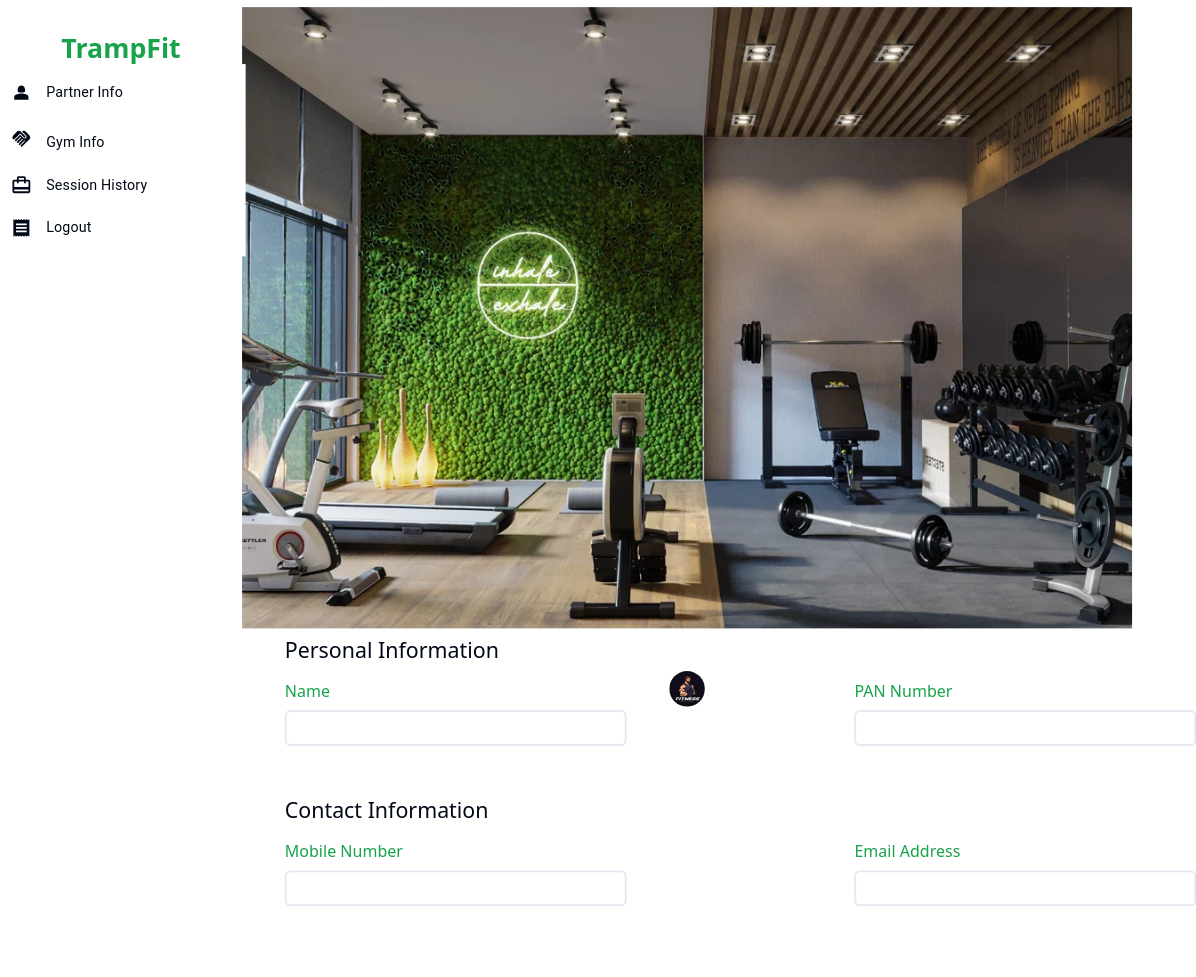
Repository: ezioxatul/TrampFit-Website
Page: /partner/partnerDashboard/partnerInfo (app in Frontend/)
The author's editor kept a copy of each file at every save. The page is drawn from the files as they stood at one save, then again after the next save.
The browser window is 1280 px wide. The page is 1344 px wide, so the pictures cover 1344 px, including what lies to the right of the window. The pictures show the whole page, at 89% of full size.
The project was rebuilt for these pictures with package versions that can differ from the ones it lists, and the page was loaded fresh each time. The framework's server and built-in components were replaced by stand-ins that run in the browser. Also part of the build but not shown: Frontend/next.config.js, Frontend/next.config.mjs, Frontend/components/Loader.js, Frontend/components/Popup.js.

Above is the page before, as saved 2024-05-16 18:19:12.

### Frontend/pages/_app.js
import Loader from "@/components/Loader";
import "@/styles/globals.css";
import { useRouter } from "next/router";
import { useEffect, useState } from "react";


const Loading = () => {

  return (
    <Loader/>
  );
}

export default function App({ Component, pageProps }) {

  const [loading, setLoading] = useState(false);
  const router = useRouter();

  useEffect(() => {
    const handleStart = () => setLoading(true);
    const handleComplete = () => setLoading(false);

    router.events.on('routeChangeStart', handleStart);
    router.events.on('routeChangeComplete', handleComplete);
    router.events.on('routeChangeError', handleComplete);

    return () => {
      router.events.off('routeChangeStart', handleStart);
      router.events.off('routeChangeComplete', handleComplete);
      router.events.off('routeChangeError', handleComplete);
    };
  }, []);

  return (
    <>
    <div className="h-2">
      {
        loading  &&
          <Loading />

      }
      </div>
          <Component {...pageProps} />

    </>
  );
}

### Frontend/pages/_document.js
import { Html, Head, Main, NextScript } from "next/document";

export default function Document() {
  return (
    <Html lang="en">
          <Head />
          <body>
            <Main />
            <NextScript />
          </body>
        </Html>
        );
}

### Frontend/pages/partner/partnerDashboard/partnerInfo.js
import PartnerSideBar from "@/components/PartnerSideBar";
import { Avatar } from "@mui/material";
import { Input } from "@/components/ui/input";
import Image from "next/image";
import { Label } from "@/components/ui/label";
import { useEffect, useState } from "react";
import { useRouter } from "next/router";
import { ToastContainer, toast } from "react-toastify";

export default function partnerInfo() {
  const inputClassName = "w-96 text-lg border-2";
  const labelClassName = "text-lg text-green-600 font-normal";
  const containerClassName = "ml-80";

  return (
    <>
      <div className="flex flex-col">
        <div className="flex">
          <PartnerSideBar />
          <div>
            <Image src="/gymInfo.png" width={1000} height={36}></Image>
            <Avatar
              className="w-36 mx-auto mt-12 h-36 text-6xl z-1 absolute bg-black"
              src="/gymname.png"
            />
          </div>
        </div>
        <div className=" mt-[-5rem]">
          <h1 className={`${containerClassName} text-2xl mb-4`}>
            Personal Information
          </h1>
          <div className={`${containerClassName} flex mb-10`}>
            <div className="mr-32 space-y-2">
              <Label htmlFor="name" className={labelClassName}>
                Name
              </Label>
              <Input type="text" className={inputClassName} />
            </div>
            <div className="ml-32 space-y-2">
              <Label htmlFor="panNumber" className={labelClassName}>
                PAN Number
              </Label>
              <Input type="text" className={inputClassName} />
            </div>
          </div>
        </div>
        <div>
          <h1 className={`${containerClassName} text-2xl mb-4 mt-4`}>
            Contact Information
          </h1>
          <div className={`${containerClassName} flex mb-10`}>
            <div className="mr-32 space-y-2">
              <Label htmlFor="name" className={labelClassName}>
                Mobile Number
              </Label>
              <Input type="text" className={inputClassName} />
            </div>
            <div className="ml-32 space-y-2 mb-10">
              <Label htmlFor="city" className={labelClassName}>
                Email Address
              </Label>
              <Input type="text" className={inputClassName} />
            </div>
            <ToastContainer />
          </div>
        </div>
      </div>
    </>
  );
}

### Frontend/styles/globals.css
@tailwind base;
@tailwind components;
@tailwind utilities;


@layer base {
  :root {
    --background: 0 0% 100%;
    --foreground: 222.2 84% 4.9%;

    --card: 0 0% 100%;
    --card-foreground: 222.2 84% 4.9%;

    --popover: 0 0% 100%;
    --popover-foreground: 222.2 84% 4.9%;

    --primary: 222.2 47.4% 11.2%;
    --primary-foreground: 210 40% 98%;

    --secondary: 210 40% 96.1%;
    --secondary-foreground: 222.2 47.4% 11.2%;

    --muted: 210 40% 96.1%;
    --muted-foreground: 215.4 16.3% 46.9%;

    --accent: 210 40% 96.1%;
    --accent-foreground: 222.2 47.4% 11.2%;

    --destructive: 0 84.2% 60.2%;
    --destructive-foreground: 210 40% 98%;

    --border: 214.3 31.8% 91.4%;
    --input: 214.3 31.8% 91.4%;
    --ring: 222.2 84% 4.9%;

    --radius: 0.5rem;
  }

  .dark {
    --background: 222.2 84% 4.9%;
    --foreground: 210 40% 98%;

    --card: 222.2 84% 4.9%;
    --card-foreground: 210 40% 98%;

    --popover: 222.2 84% 4.9%;
    --popover-foreground: 210 40% 98%;

    --primary: 210 40% 98%;
    --primary-foreground: 222.2 47.4% 11.2%;

    --secondary: 217.2 32.6% 17.5%;
    --secondary-foreground: 210 40% 98%;

    --muted: 217.2 32.6% 17.5%;
    --muted-foreground: 215 20.2% 65.1%;

    --accent: 217.2 32.6% 17.5%;
    --accent-foreground: 210 40% 98%;

    --destructive: 0 62.8% 30.6%;
    --destructive-foreground: 210 40% 98%;

    --border: 217.2 32.6% 17.5%;
    --input: 217.2 32.6% 17.5%;
    --ring: 212.7 26.8% 83.9%;
  }
}

@layer base {
  * {
    @apply border-border;
  }
  body {
    @apply bg-background text-foreground;
  }
}


.outline_remove:focus{


}
.focus-visible\:ring-offset-2:focus-visible{
  border:none !important;
  outline: none !important;
  border-style: none;
}

### Frontend/components/PartnerSideBar.js
import List from '@mui/material/List';
import ListItemButton from '@mui/material/ListItemButton';
import ListItemText from '@mui/material/ListItemText';
import Person2Icon from '@mui/icons-material/Person2';
import HandshakeIcon from '@mui/icons-material/Handshake';
import CardTravelIcon from '@mui/icons-material/CardTravel';
import ReceiptIcon from '@mui/icons-material/Receipt';
import LogoutIcon from '@mui/icons-material/Logout';

import { useState } from 'react';
import Link from 'next/link';
import Popup from './Popup';
import { useRouter } from 'next/router';

export default function PartnerSideBar() {

    let SideBarHeading = ['Partner Info', 'Gym Info', 'Session History', 'Logout'];

    let router = useRouter();
    let [start, setStart] = useState(false);

    const logout = () => {
        setStart(!start);
    }


    const logoutEvent = () => {
        localStorage.removeItem('partnerToken');
        setStart(false);
        router.push('/partner/partnerLogin')
    }
    return (
        <>
            <div className=" w-72  m-[-8px] p-1  mb-10">
                <Link href="#"><h1 className=' text-green-600 text-3xl font-semibold text-center mt-8 cursor-pointer'>TrampFit</h1></Link>

                <List className='bg-white mt-8 ml-6 space-y-2'>
                    {
                        SideBarHeading.map((text, index) => {
                            return (
                                index === 1 ?
                                    <>

                                        <ListItemButton className=' space-x-4 flex justify-between hover:bg-green-100 hover:rounded-2xl hover:text-green-600'>
                                            <Link href="/partner/partnerDashboard/gymInfo" className='flex space-x-4 '>
                                                <HandshakeIcon className='text-2xl' />
                                                <ListItemText primary={text} />
                                            </Link>
                                        </ListItemButton>

                                    </> :
                                    index === 0 ?
                                        <Link href="/partner/partnerDashboard/partnerInfo">
                                            <ListItemButton className=' space-x-4 hover:bg-green-100 hover:rounded-2xl hover:text-green-600'>
                                                <Person2Icon className='text-2xl' />
                                                <ListItemText primary={text} />
                                            </ListItemButton>
                                        </Link> :
                                        index === 2 ?
                                            <Link href="#">
                                                <ListItemButton className=' space-x-4 hover:bg-green-100 hover:rounded-2xl hover:text-green-600'>
                                                    <CardTravelIcon className='text-2xl' />
                                                    <ListItemText primary={text} />
                                                </ListItemButton>
                                            </Link> :
                                            index === 3 ?
                                                <Link href="#">
                                                    <ListItemButton className=' space-x-4 hover:bg-green-100 hover:rounded-2xl hover:text-green-600'>
                                                        <ReceiptIcon className='text-2xl' />
                                                        <ListItemText primary={text} />
                                                    </ListItemButton>
                                                </Link> :
                                                <ListItemButton className=' space-x-4 hover:bg-green-100 hover:rounded-2xl hover:text-green-600' onClick={logout}>
                                                    <LogoutIcon className='text-2xl' />
                                                    <ListItemText primary={text} />
                                                    <Popup open={start} title={"Do you Really want to Logout?"} cancel="Cancel" logout="Logout" logoutEvent={logoutEvent} cancelEvent={logout} />
                                                </ListItemButton>
                            )
                        })
                    }
                </List>
            </div>
        </>
    );
}

### Frontend/tailwind.config.js
/** @type {import('tailwindcss').Config} */
module.exports = {
  darkMode: ["class"],
  content: [
    './pages/**/*.{js,jsx}',
    './components/**/*.{js,jsx}',
    './app/**/*.{js,jsx}',
    './src/**/*.{js,jsx}',
  ],
  prefix: "",
  theme: {
    container: {
      center: true,
      padding: "2rem",
      screens: {
        "2xl": "1400px",
      },
    },
    extend: {fontFamily: {
      play: ["Play", "sans-serif"],
    },
      colors: {
        border: "hsl(var(--border))",
        input: "hsl(var(--input))",
        ring: "hsl(var(--ring))",
        background: "hsl(var(--background))",
        foreground: "hsl(var(--foreground))",
        primary: {
          DEFAULT: "hsl(var(--primary))",
          foreground: "hsl(var(--primary-foreground))",
        },
        secondary: {
          DEFAULT: "hsl(var(--secondary))",
          foreground: "hsl(var(--secondary-foreground))",
        },
        destructive: {
          DEFAULT: "hsl(var(--destructive))",
          foreground: "hsl(var(--destructive-foreground))",
        },
        muted: {
          DEFAULT: "hsl(var(--muted))",
          foreground: "hsl(var(--muted-foreground))",
        },
        accent: {
          DEFAULT: "hsl(var(--accent))",
          foreground: "hsl(var(--accent-foreground))",
        },
        popover: {
          DEFAULT: "hsl(var(--popover))",
          foreground: "hsl(var(--popover-foreground))",
        },
        card: {
          DEFAULT: "hsl(var(--card))",
          foreground: "hsl(var(--card-foreground))",
        },
      },
      borderRadius: {
        lg: "var(--radius)",
        md: "calc(var(--radius) - 2px)",
        sm: "calc(var(--radius) - 4px)",
      },
      keyframes: {
        "accordion-down": {
          from: { height: "0" },
          to: { height: "var(--radix-accordion-content-height)" },
        },
        "accordion-up": {
          from: { height: "var(--radix-accordion-content-height)" },
          to: { height: "0" },
        },
      },
      animation: {
        "accordion-down": "accordion-down 0.2s ease-out",
        "accordion-up": "accordion-up 0.2s ease-out",
      },
    },
  },
  plugins: [require("tailwindcss-animate")],
}

Loaded but not shown: Frontend/components/ui/input.jsx (common file); Frontend/components/ui/label.jsx (common file); Frontend/lib/utils.js (common file)

After the next save:
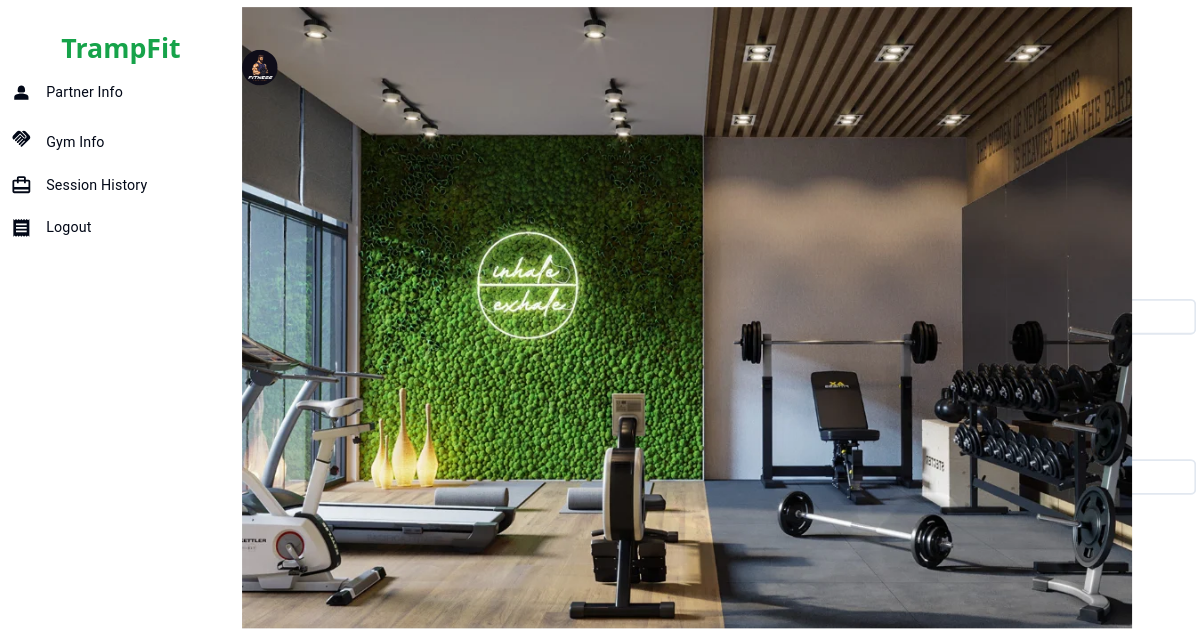
Saved 27 s later.
--- a/Frontend/pages/partner/partnerDashboard/partnerInfo.js
+++ b/Frontend/pages/partner/partnerDashboard/partnerInfo.js
@@ -18,7 +18,7 @@ export default function partnerInfo() {
         <div className="flex">
           <PartnerSideBar />
           <div>
-            <Image src="/gymInfo.png" width={1000} height={36}></Image>
+            <Image className=" z-0 absolute" src="/gymInfo.png" width={1000} height={36}></Image>
             <Avatar
               className="w-36 mx-auto mt-12 h-36 text-6xl z-1 absolute bg-black"
               src="/gymname.png"
